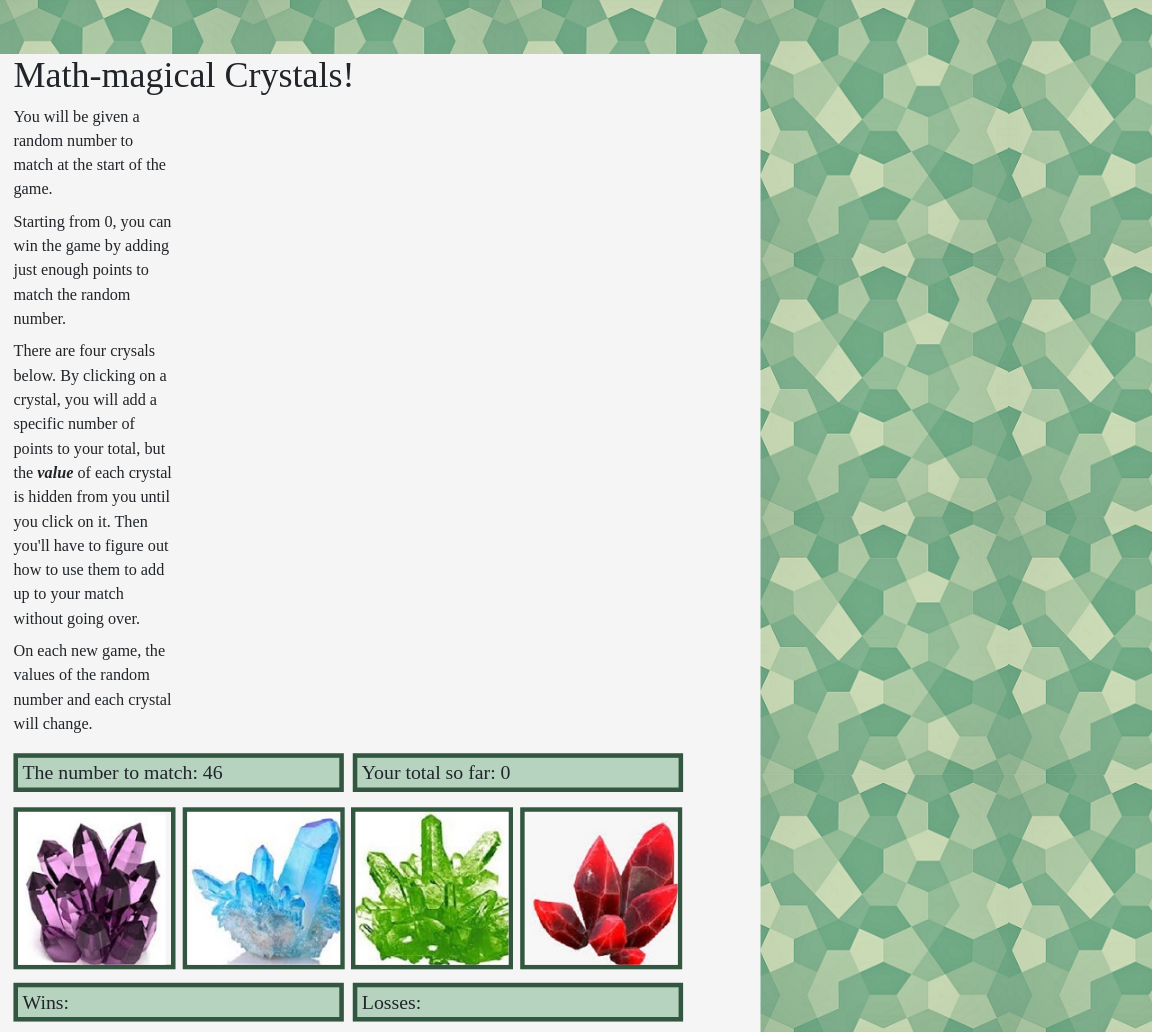
Repository: dsaftler/unit-4-game
Page: index.html
The author's editor kept a copy of each file at every save. The page is drawn from the files as they stood at one save, then again after the next save.
The browser window is 1280 px wide. The pictures show the whole page, at 90% of full size.
Some web fonts or font styles are not loaded; a fallback is used.

Above is the page before, as saved 2019-04-06 23:04:54.

### index.html
<!DOCTYPE html>
<html lang="en">
<head>
  <meta charset="UTF-8">
  <meta name="viewport" content="width=device-width, initial-scale=1.0">
  <meta http-equiv="X-UA-Compatible" content="ie=edge">
  <link rel="stylesheet" href="assets/css/reset.css">
  <link rel="stylesheet" href="https://stackpath.bootstrapcdn.com/bootstrap/4.1.3/css/bootstrap.min.css"
  integrity="sha384-MCw98/SFnGE8fJT3GXwEOngsV7Zt27NXFoaoApmYm81iuXoPkFOJwJ8ERdknLPMO" crossorigin="anonymous">
  <link rel="stylesheet" href="assets/css/style.css">
  <link href="https://fonts.googleapis.com/css?family=BioRhyme" rel="stylesheet">
  <title>Crystal Math Puzzle</title>
</head>
<body>
<div class="container">

  <h1>Math-magical Crystals!</h1>
  <div class="row">
  <div class="col-lg-3 col-md-3 col-sm-6">
  <!-- <div class="instructions"></div> -->
  <p>You will be given a random number to match at the start of the game.</p>
  <p>Starting from 0, you can win the game by adding just enough points to match the random number.</p>
  <p>There are four crysals below.  By clicking on a crystal, you will add a specific number of points to your total, but the <strong><em>value</em></strong> of each crystal is hidden from you until you click on it.  Then you'll have to figure out how to use them to add up to your match without going over. </p>

  <p>On each new game, the values of the random number and each crystal will change.</p>
  </div>
  </div>
  <div class="scoring-area">
    <!-- <div class="half first bordergreen" id="randomTarget">The number to match: </div> -->
    <div class="half first bordergreen">The number to match: <span id="randomTarget">0</span> </div>
    <div class="half second bordergreen">Your total so far: <span id="currentTotal"></span></div>
  </div>
  <div class="crystal-set">
    <div class="crystal bordergreen clearfix" id="crystal_0"><img src="assets/images/crystal_0.jpg"></div>
    <div class="crystal bordergreen clearfix" id="crystal_1"><img src="assets/images/crystal_1.jpg"></div>
    <div class="crystal bordergreen clearfix" id="crystal_2"><img src="assets/images/crystal_2.jpg"></div>
    <div class="crystal bordergreen clearfix" id="crystal_3"><img src="assets/images/crystal_3.jpg"></div>
  </div>
  <div class="scoring-area">
    <div class="half first bordergreen winscnt">Wins: <span id="wins"></span></div>
    <div class="half second bordergreen lossescnt">Losses: <span id="losses"></span></div>
  </div>
  <!-- <div>   // does not work...
      <audio id="audio" muted autoplay>
      <button id="unmuteButton"></button>
  </div>   -->


</div>

  <script src="https://ajax.googleapis.com/ajax/libs/jquery/3.3.1/jquery.min.js"></script>
  <script src="https://stackpath.bootstrapcdn.com/bootstrap/4.1.3/js/bootstrap.min.js"
    integrity="sha384-ChfqqxuZUCnJSK3+MXmPNIyE6ZbWh2IMqE241rYiqJxyMiZ6OW/JmZQ5stwEULTy" crossorigin="anonymous">
  </script>

  <script src="assets/javascript/game.js"></script>
  <!-- <script>
    unmuteButton.addEventListener('click', function () {
    audio.muted = false;
          });
  </script> -->

</body>
</html>

### assets/css/style.css
* {
  box-sizing: border-box;
}
body {
height: 100%;
background-image: url("../images/congruent_pentagon.png");
background-repeat: repeat;
 max-width: 845px;
font-family: 'BioRhyme',serif;
font-size: 18px;
}

h1 {margin-top: 0px;}
p {
  margin-top: 0em;
  margin-bottom: 0.5em;
}
.container{
  background-color: whitesmoke;

  /* padding: 40px;
  padding-left: 45px; */
  margin: auto;
  margin-top: 60px;
  align-content: center;



}
/* .instructions{
  width: 765px;
} */
.scoring-area{
  clear:both;
  /* width:760px; */
  height: 35px;
  margin-bottom: 20px;
  margin-top:10px;
}
.half{
  float: left;
  width: 367px;
  background-color: rgb(182,211,192);
  font-size: 22px;
  padding-left: 5px;

}
.bordergreen {
  border: 5px solid rgb(50, 86, 63);
}
.liteup {
  border: 6px solid rgb(106, 243, 14);
  background-color: white;
}
.first {margin-right: 4px;}
.second {margin-left: 6px;}
/* #randomTarget {color: teal;}
#currentTotal {color: teal;} */
.crystal-set{
  /* background-color: #ffffff; */
  height: 190px;
  /* width: 760px; */
  /* padding: 5px; */
  /* padding-left:8px; */
}
.crystal{
  display: inline-block;
  align-content: center;
  /* float: left; */
  height: 180px;
  width: 180px;
  margin-right: 3px;
  margin-top: 5px;
}
.clearfix {
  overflow: hidden;
}

### assets/javascript/game.js
 var newGame = true
 var crystalPts = [],
   randomNumber = 0, totalPts = 0
 var wins = 0, losses = 0
 var maxRndCrystal=12, maxRndRandom=120, minRndRandom=19;
 //var audioWin = new Audio("tada.wav");
 //var audioLose = new Audio("bong.wav");

$(document).ready(function() {

  initGame()
  $(".crystal").click(function(){
  var $target = $(this).attr("id")
  // console.log($target);
  // console.log(crystalPts)
  // console.log(totalPts)
  for (let i=0; i<4; i++) {
    itarget="crystal_"+i
    console.log(itarget)
    if (itarget==$target){
      var iVal=crystalPts[i]
      console.log(iVal)
      itarget="#"+itarget
      $(itarget).prop('title',crystalPts[i])
      //console.log(i + ' ' + crystalPts +' '+crystalPts[i])
      totalPts = totalPts + iVal;
      //console.log(totalPts)
    }
  }

  // show total points
  $('#currentTotal').text(totalPts)
  //$('#currentTotal').append(totalPts)
  if (totalPts>=randomNumber){
    if (totalPts===randomNumber){
      // alert("you win");
        wins++;
        //console.log(lblWins + wins);
        // show wins
      $(".winscnt").addClass("liteup");
        $('#wins').text(wins);
        var clrLiteUp = setTimeout(function () {
          $(".winscnt").removeClass("liteup");
      }, 2000);
          //audioWin.play();
       // Playsound("sound1");
    }
    if (totalPts>randomNumber){
      // alert("you lose");
      $(".lossescnt").addClass("liteup");
      losses++;
        $('#losses').text(losses)
      var clrLiteUp = setTimeout(function () {
        $(".lossescnt").removeClass("liteup");
      }, 2000);

        //audioLose.play();
      //show losses
    }
    initGame();
  }
  });
});

function initGame(){
  crystalPts = [];
  while (crystalPts.length<4) {
      //for crystals 0-3
      // assign random number 1-12
    iVar = getRandomPts(maxRndCrystal);
    if (!crystalPts.includes(iVar)){
    // if iVar isn't already in the array
    // this prevents multiple of the same numbers
      crystalPts.push(iVar);
    }
  }
  $(".crystal").prop('title', '?')
  totalPts=0;
  //  show points, show random
  $('#currentTotal').text(totalPts);
  // randomNumber assign random number 19-120
  randomNumber = getRandomRng(maxRndRandom,minRndRandom);
  //console.log(randomNumber);
  $('#randomTarget').text(randomNumber);
}
function getRandomPts(max) {
  return Math.floor(Math.random() * Math.floor(max))+1;
}
function getRandomRng(max,min){
  return Math.floor(Math.random() * (max - min + 1)) + min;
}

Loaded but not shown: assets/css/reset.css (no stored copy; drawn as an empty file)

After the next save:
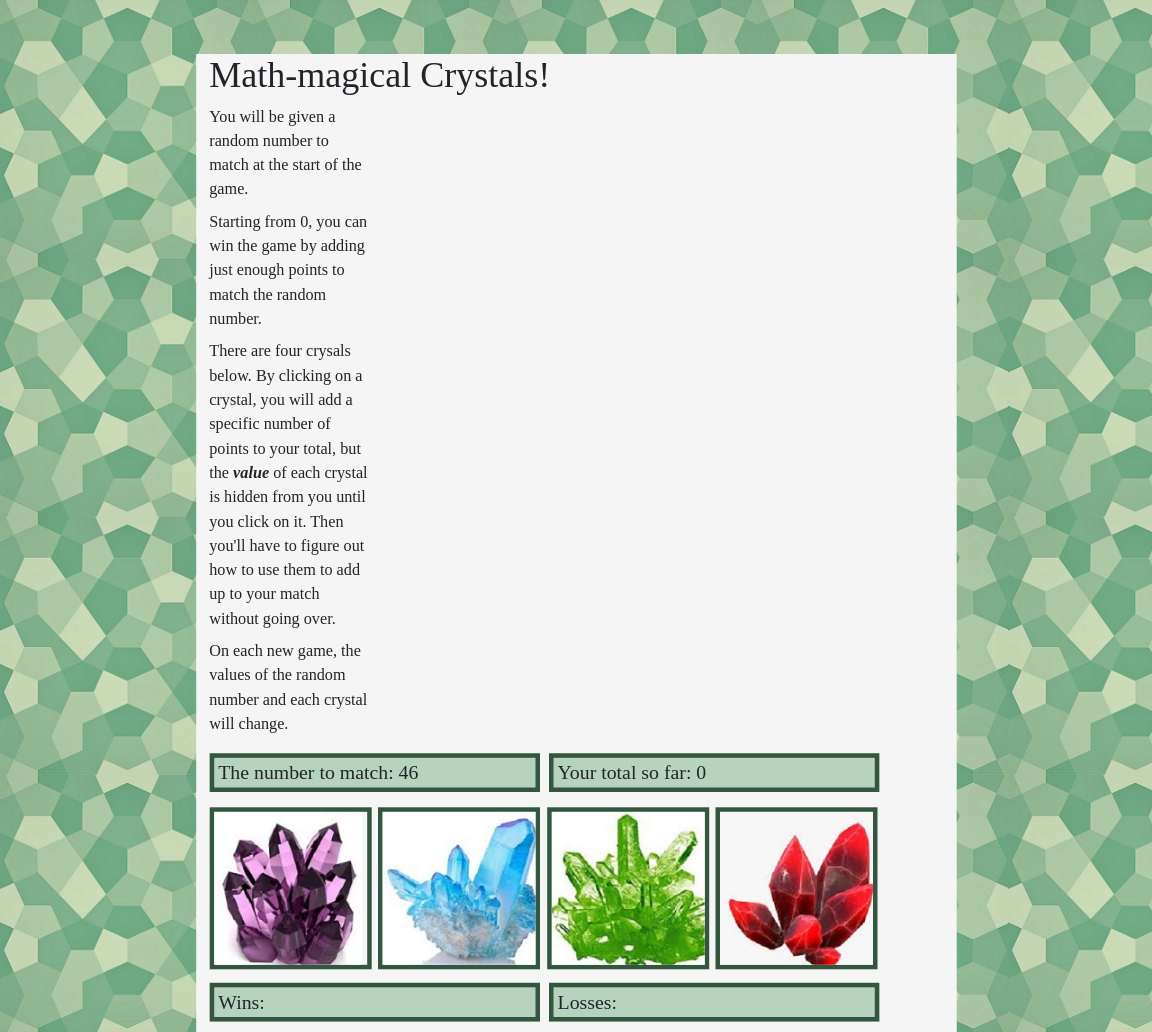
Saved 76 s later.
--- a/assets/css/style.css
+++ b/assets/css/style.css
@@ -6,6 +6,8 @@ height: 100%;
 background-image: url("../images/congruent_pentagon.png");
 background-repeat: repeat;
  max-width: 845px;
+ margin: auto;
+ align-content: center;
 font-family: 'BioRhyme',serif;
 font-size: 18px;
 }
